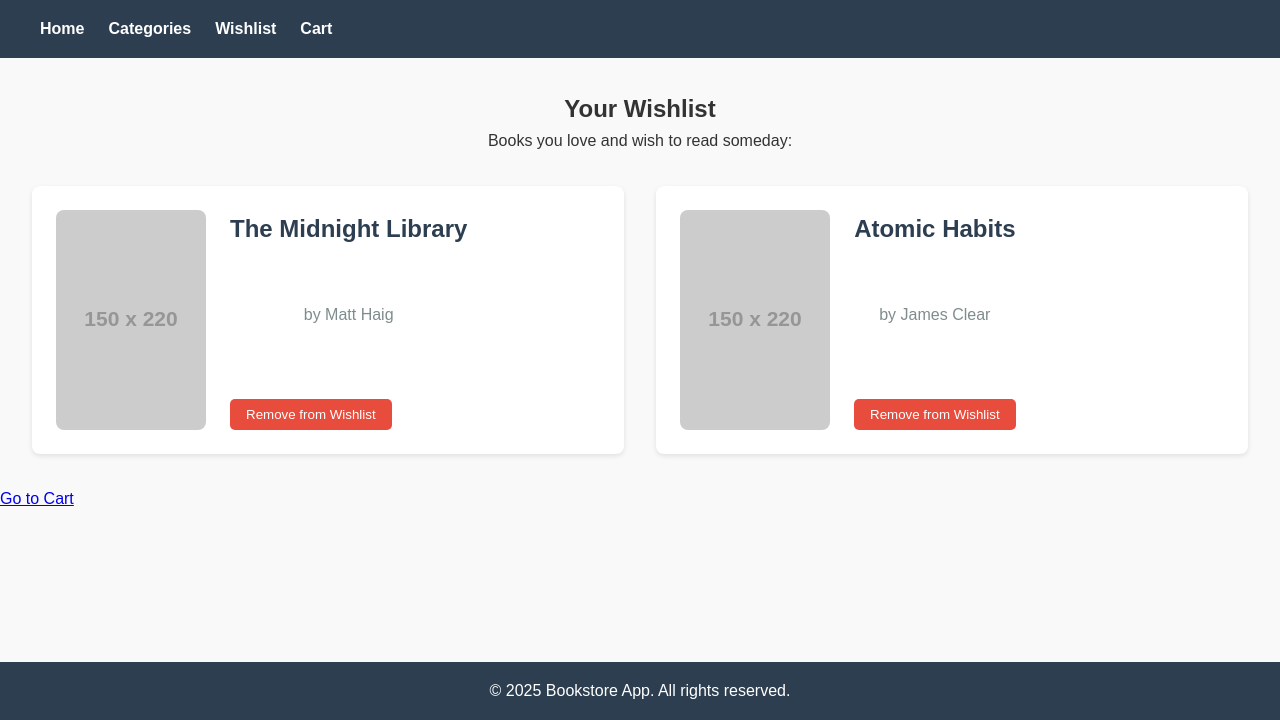
Repository: Patience225/bookstore-app
Page: wishlist.html
These files come from the project's save history. The page is drawn as it stood at one moment and after a run of saves; the edit follows.
The browser window is 1280 px wide. The pictures show the whole page.

Above is the page before, as saved 2025-01-28 12:49:45.
Console error: TypeError: Cannot set properties of null (setting 'textContent')

### wishlist.html
<!DOCTYPE html>
<html lang="en">
<head>
  <meta charset="UTF-8">
  <meta name="viewport" content="width=device-width, initial-scale=1.0">
  <link rel="stylesheet" href="css/styles.css">
  <title>Bookstore App - Wishlist</title>
</head>
<body>
  <header>
    <nav>
      <ul class="nav-list">
        <li><a href="index.html">Home</a></li>
        <li><a href="categories.html">Categories</a></li>
        <li><a href="wishlist.html" class="active">Wishlist</a></li>
        <li><a href="cart.html">Cart</a></li>
      </ul>
    </nav>
  </header>

  <main>
    <section class="wishlist-section">
      <h1>Your Wishlist</h1>
      <p>Books you love and wish to read someday:</p>

      <div class="wishlist-list">
        <div class="wishlist-item">
          <img src="https://via.placeholder.com/150x220" alt="Book Cover">
          <div class="book-details">
            <h2>The Midnight Library</h2>
            <p>by Matt Haig</p>
            <button class="remove-btn">Remove from Wishlist</button>
          </div>
        </div>

        <div class="wishlist-item">
          <img src="https://via.placeholder.com/150x220" alt="Book Cover">
          <div class="book-details">
            <h2>Atomic Habits</h2>
            <p>by James Clear</p>
            <button class="remove-btn">Remove from Wishlist</button>
          </div>
        </div>
      </div>
    </section>
    <a href="cart.html" class="btn">Go to Cart</a>
  </main>

  <footer>
    <p>© 2025 Bookstore App. All rights reserved.</p>
  </footer>

  <script src="js/scripts.js"></script>
</body>
</html>

### css/styles.css
/* Reset default browser styles */
* {
  margin: 0;
  padding: 0;
  box-sizing: border-box;
}

body {
  font-family: 'Arial', sans-serif;
  line-height: 1.6;
  background-color: #f9f9f9;
  color: #333;
  display: flex;
  flex-direction: column;
  min-height: 100vh;
  transition: all 0.3s ease;
}

header {
  background-color: #2c3e50;
  padding: 1rem 0;
}

nav {
  max-width: 1200px;
  margin: 0 auto;
  display: flex;
  justify-content: space-between;
  align-items: center;
}

.nav-list {
  list-style: none;
  display: flex;
  gap: 1.5rem;
}

.nav-list a {
  text-decoration: none;
  color: white;
  font-weight: bold;
  transition: color 0.3s;
}

.nav-list a:hover {
  color: #f39c12;
}

.hero {
  text-align: center;
  padding: 4rem 1rem;
  background-color: #ecf0f1;
}

.hero h1 {
  font-size: 3rem;
  color: #2c3e50;
}

.hero p {
  font-size: 1.2rem;
  margin-top: 0.5rem;
}

footer {
  background-color: #2c3e50;
  color: white;
  text-align: center;
  padding: 1rem;
  margin-top: auto;
}

.categories-section {
  padding: 2rem;
  text-align: center;
}

.categories-list {
  display: grid;
  grid-template-columns: repeat(auto-fit, minmax(250px, 1fr));
  gap: 1.5rem;
  margin-top: 2rem;
}

.category-card {
  background-color: white;
  padding: 1.5rem;
  border-radius: 8px;
  box-shadow: 0 2px 5px rgba(0, 0, 0, 0.1);
  transition: transform 0.3s;
}

.category-card:hover {
  transform: translateY(-5px);
}

.category-card h2 {
  font-size: 1.5rem;
  color: #2c3e50;
}

.category-card p {
  margin-top: 0.5rem;
}

.book-details-section {
  padding: 2rem;
  display: flex;
  justify-content: center;
}

.book-card {
  display: flex;
  max-width: 800px;
  background-color: white;
  border-radius: 8px;
  box-shadow: 0 2px 5px rgba(0, 0, 0, 0.1);
  overflow: hidden;
}

.book-cover {
  width: 200px;
  height: auto;
  object-fit: cover;
}

.book-info {
  padding: 1.5rem;
  display: flex;
  flex-direction: column;
  justify-content: space-between;
}

.book-title {
  font-size: 2rem;
  color: #2c3e50;
}

.book-author {
  font-size: 1.2rem;
  color: #7f8c8d;
}

.book-description {
  margin-top: 1rem;
  font-size: 1rem;
}

.book-price {
  font-size: 1.5rem;
  color: #27ae60;
  margin-top: 1rem;
}

button {
  padding: 0.8rem 1.5rem;
  border: none;
  background-color: #2c3e50;
  color: white;
  border-radius: 5px;
  cursor: pointer;
  margin-top: 1rem;
  transition: background-color 0.3s;
}

button:hover {
  background-color: #f39c12;
}

button {
  padding: 0.8rem 1.5rem;
  border: none;
  background-color: #2c3e50;
  color: white;
  border-radius: 5px;
  cursor: pointer;
  margin-top: 1rem;
  transition: background-color 0.3s;
}

.btn:hover {
  background-color: #f39c12;
}


.wishlist-section {
  padding: 2rem;
  text-align: center;
}

.wishlist-list {
  display: grid;
  grid-template-columns: repeat(auto-fit, minmax(300px, 1fr));
  gap: 2rem;
  margin-top: 2rem;
}

.wishlist-item {
  display: flex;
  background-color: white;
  padding: 1.5rem;
  border-radius: 8px;
  box-shadow: 0 2px 5px rgba(0, 0, 0, 0.1);
}

.wishlist-item img {
  width: 150px;
  height: auto;
  object-fit: cover;
  border-radius: 8px;
}

.book-details {
  margin-left: 1.5rem;
  display: flex;
  flex-direction: column;
  justify-content: space-between;
}

.book-details h2 {
  font-size: 1.5rem;
  color: #2c3e50;
}

.book-details p {
  color: #7f8c8d;
}

.remove-btn {
  padding: 0.5rem 1rem;
  background-color: #e74c3c;
  color: white;
  border: none;
  border-radius: 5px;
  cursor: pointer;
  transition: background-color 0.3s;
  align-self: start;
}

.remove-btn:hover {
  background-color: #c0392b;
}

.cart-section {
  padding: 2rem;
  text-align: center;
}

.cart-list {
  display: grid;
  grid-template-columns: repeat(auto-fit, minmax(300px, 1fr));
  gap: 2rem;
  margin-top: 2rem;
}

.cart-item {
  display: flex;
  align-items: center;
  background-color: white;
  padding: 1.5rem;
  border-radius: 8px;
  box-shadow: 0 2px 5px rgba(0, 0, 0, 0.1);
}

.cart-item img {
  width: 150px;
  height: auto;
  object-fit: cover;
  border-radius: 8px;
}

.cart-price {
  font-size: 1.2rem;
  color: #27ae60;
  margin-top: 0.5rem;
}

.quantity-controls {
  display: flex;
  align-items: center;
  margin-top: 0.5rem;
}

.quantity-input {
  width: 50px;
  text-align: center;
  margin: 0 0.5rem;
}

.cart-summary {
  margin-top: 2rem;
  text-align: center;
}

.checkout-btn {
  padding: 1rem 2rem;
  background-color: #27ae60;
  color: white;
  font-size: 1.2rem;
  border-radius: 5px;
}

.checkout-btn:hover {
  background-color: #2ecc71;
}

/* For tablets and smaller screens */
@media (max-width: 768px) {
  .nav-list {
    flex-direction: column;
    align-items: center;
  }

  .cart-item, .wishlist-item {
    flex-direction: column;
    align-items: center;
  }

  .quantity-controls {
    margin-top: 1rem;
  }

  .cart-summary {
    text-align: center;
  }
}

/* For mobile devices */
@media (max-width: 480px) {
  .cart-item img, .wishlist-item img {
    width: 100px;
  }

  .book-details h2 {
    font-size: 1.2rem;
  }

  .quantity-controls input {
    width: 40px;
  }
}

### js/scripts.js
// Cart functionality
document.addEventListener("DOMContentLoaded", () => {
  const decreaseBtns = document.querySelectorAll(".decrease-btn");
  const increaseBtns = document.querySelectorAll(".increase-btn");
  const quantityInputs = document.querySelectorAll(".quantity-input");
  const cartItems = document.querySelectorAll(".cart-item");
  const cartSummary = document.querySelector(".cart-summary h2");

  // Update total price function
  function updateTotalPrice() {
    let totalPrice = 0;

    cartItems.forEach((item) => {
      const priceElement = item.querySelector(".cart-price");
      const quantityInput = item.querySelector(".quantity-input");
      const price = parseFloat(priceElement.textContent.replace("$", ""));
      const quantity = parseInt(quantityInput.value);

      totalPrice += price * quantity;
    });

    cartSummary.textContent = `Total: $${totalPrice.toFixed(2)}`;
  }

  // Handle quantity increase
  increaseBtns.forEach((button) => {
    button.addEventListener("click", (event) => {
      const input = event.target.parentNode.querySelector(".quantity-input");
      input.value = parseInt(input.value) + 1;
      updateTotalPrice();
    });
  });

  // Handle quantity decrease
  decreaseBtns.forEach((button) => {
    button.addEventListener("click", (event) => {
      const input = event.target.parentNode.querySelector(".quantity-input");
      if (parseInt(input.value) > 1) {
        input.value = parseInt(input.value) - 1;
        updateTotalPrice();
      }
    });
  });

  // Handle manual quantity input
  quantityInputs.forEach((input) => {
    input.addEventListener("input", () => {
      if (parseInt(input.value) < 1) input.value = 1;
      updateTotalPrice();
    });
  });

  // Remove cart item
  const removeBtns = document.querySelectorAll(".remove-btn");
  removeBtns.forEach((button) => {
    button.addEventListener("click", (event) => {
      const cartItem = event.target.closest(".cart-item");
      cartItem.remove();
      updateTotalPrice();
    });
  });

  // Initial total price update
  updateTotalPrice();
});


// Wishlist functionality (removing items)
document.addEventListener("DOMContentLoaded", () => {
  const removeWishlistBtns = document.querySelectorAll(".remove-btn");

  removeWishlistBtns.forEach((button) => {
    button.addEventListener("click", (event) => {
      const wishlistItem = event.target.closest(".wishlist-item");
      wishlistItem.remove();
    });
  });

  // Add to Cart from Book Details Page
  const addToCartBtns = document.querySelectorAll(".add-to-cart-btn");

  addToCartBtns.forEach((button) => {
    button.addEventListener("click", () => {
      alert("Book added to cart!");
      // Optionally, implement adding the book to the cart (e.g., saving to localStorage)
    });
  });

  // Add to Wishlist from Book Details Page
  const addToWishlistBtns = document.querySelectorAll(".add-to-wishlist-btn");

  addToWishlistBtns.forEach((button) => {
    button.addEventListener("click", () => {
      alert("Book added to wishlist!");
      // Optionally, implement saving to wishlist (e.g., saving to localStorage)
    });
  });
});

// Store cart data in localStorage
function saveCartToLocalStorage() {
  const cartData = [];

  cartItems.forEach((item) => {
    const title = item.querySelector("h2").textContent;
    const price = item.querySelector(".cart-price").textContent;
    const quantity = item.querySelector(".quantity-input").value;

    cartData.push({ title, price, quantity });
  });

  localStorage.setItem("cart", JSON.stringify(cartData));
}

// Load cart data from localStorage
function loadCartFromLocalStorage() {
  const cartData = JSON.parse(localStorage.getItem("cart")) || [];
  cartData.forEach((data) => {
    // Dynamically generate cart items based on localStorage data
  });
}

// Call saveCartToLocalStorage whenever the cart is updated
const updateTotalPrice = () => {
  // ... existing code

  saveCartToLocalStorage(); // save to localStorage
};

After the next 2 saves:
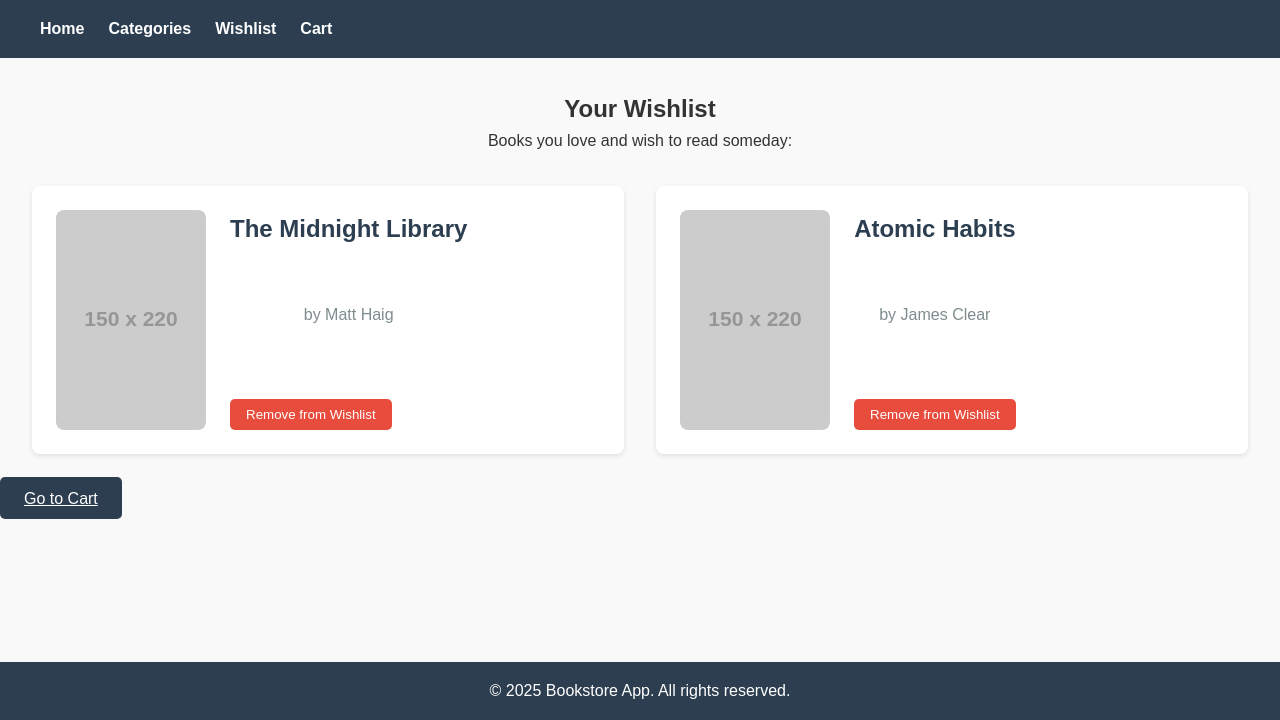
The 2 saves are shown as one change because they came seconds apart.
The last was saved 11 s later.
--- a/css/styles.css
+++ b/css/styles.css
@@ -167,7 +167,7 @@
   background-color: #f39c12;
 }
 
-button {
+.btn {
   padding: 0.8rem 1.5rem;
   border: none;
   background-color: #2c3e50;
